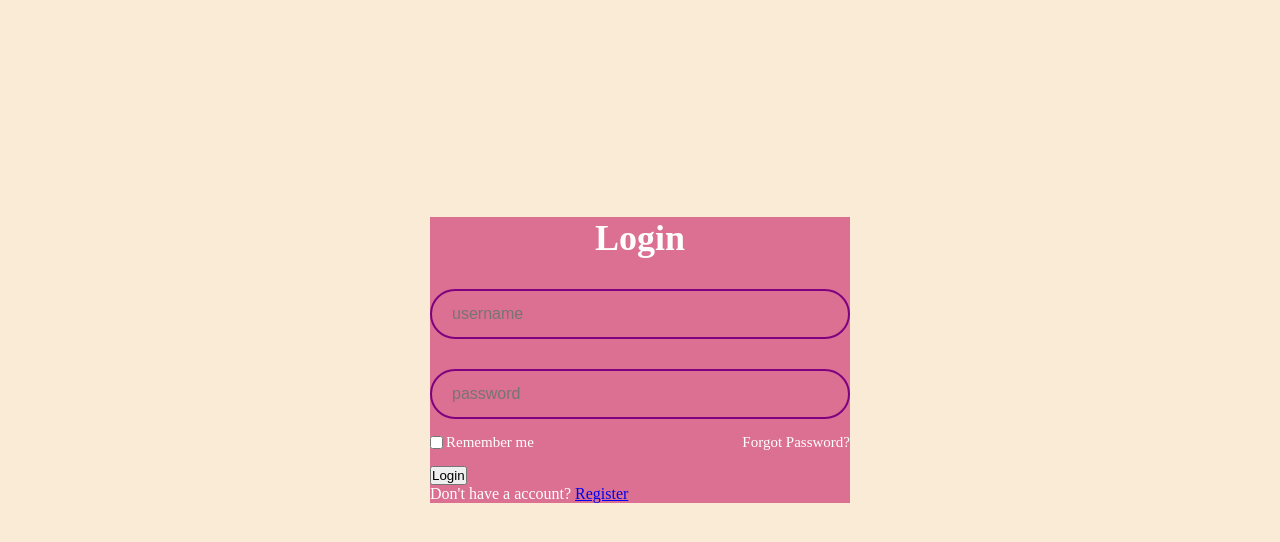
Repository: Kubraaygun/Html_Css_Login
Page: index.html
An editor plug-in stored every save of this project. The page is shown before and after the next save, followed by the edit.
The browser window is 1280 px wide. The pictures show the whole page.

Above is the page before, as saved 2025-03-05 19:44:11.

### index.html
<!DOCTYPE html>
<html lang="en">
  <head>
    <meta charset="UTF-8" />
    <meta name="viewport" content="width=device-width, initial-scale=1.0" />
    <title>HTML</title>
    <link rel="stylesheet" href="style.css" />
    <link
      rel="stylesheet"
      href="https://fonts.googleapis.com/icon?family=Material+Icons"
    />
  </head>

  <body>
    <div class="container">
      <form action="">
        <!-- Baslik -->
        <h1 class="login">Login</h1>

        <!-- input alanimiz -->

        <!-- surname -->
        <div class="input-box">
          <input type="text" required placeholder="username" />
        </div>

        <!-- Password -->
        <div class="input-box">
          <input type="password" required placeholder="password" />
        </div>

        <!-- Remember me Alani -->
        <div class="remember-me">
          <label>
            <input class="checkbox" type="checkbox" />Remember
            <span>&nbsp;</span>me
          </label>
          <a class="forgotPassword" href="">Forgot Password?</a>
        </div>

        <!-- Button -->
        <button type="submit" class="button">Login</button>

        <!-- Register Link -->
        <div class="register-link">
          <p>Don't have a account? <a href="#"> Register</a></p>
        </div>
      </form>
    </div>
  </body>
</html>

### style.css
* {
  margin: 0;
  padding: 0;
  box-sizing: border-box;
}

body {
  display: flex;
  justify-content: center;
  align-items: center;
  min-height: 100vh; /* vh: Tarayici penceresinin yuksekligine gore yuzde olarak boyut belirler. 1vh pencere yuksekliginin %1ine esittir */
  background-color: antiquewhite;
}

.container {
  width: 420px;
  background-color: palevioletred;
  color: white;
}

.login {
  font-size: 36px;
  text-align: center;
}
.input-box {
  width: 100%;
  height: 50px;
  margin: 30px 0;
  color: wheat;
}

input {
  width: 100%;
  height: 100%;
  background-color: transparent;
  border: none;
  outline: none;
  border: 2px solid purple;
  border-radius: 30px;
  font-size: 16px;
  color: purple;
  padding: 20px;
}
input:hover {
  background-color: pink;
}

.remember-me {
  display: flex;
  justify-content: space-between;
  font-size: 15px;
  margin: -15px 0 15px;
}

label {
  display: flex;
  align-items: center;
}

.checkbox {
  accent-color: purple;
  margin-right: 3px;
}
.forgotPassword {
  color: #fff;
  text-decoration: none;
}

After the next save:
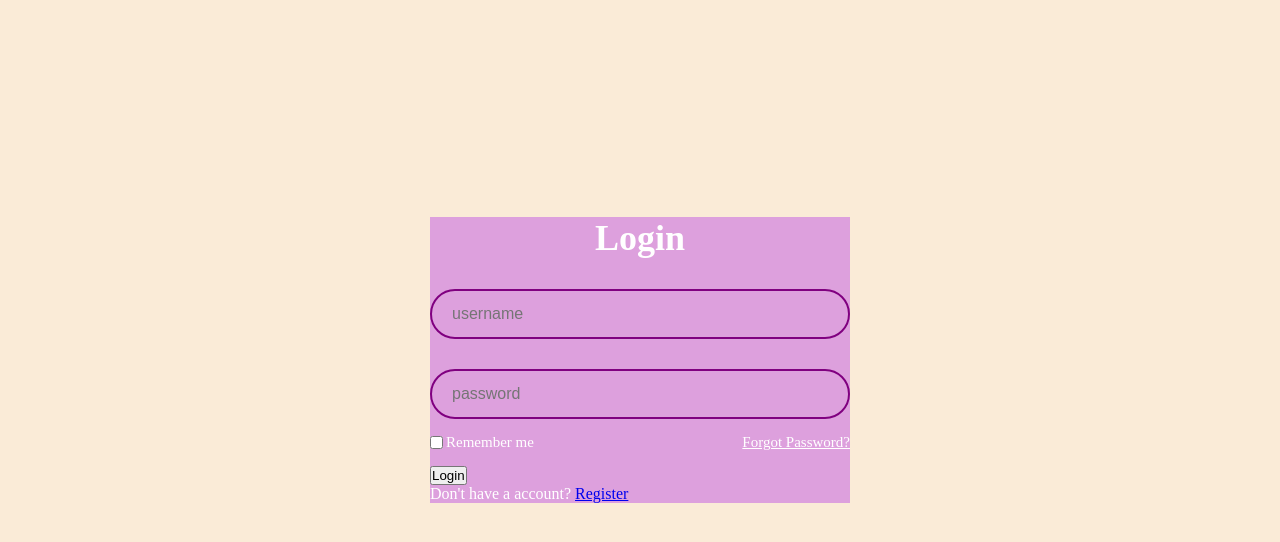
Saved 16 s later.
--- a/style.css
+++ b/style.css
@@ -14,7 +14,7 @@ body {
 
 .container {
   width: 420px;
-  background-color: palevioletred;
+  background-color: plum;
   color: white;
 }
 
@@ -26,7 +26,6 @@ body {
   width: 100%;
   height: 50px;
   margin: 30px 0;
-  color: wheat;
 }
 
 input {
@@ -63,5 +62,4 @@ label {
 }
 .forgotPassword {
   color: #fff;
-  text-decoration: none;
 }
